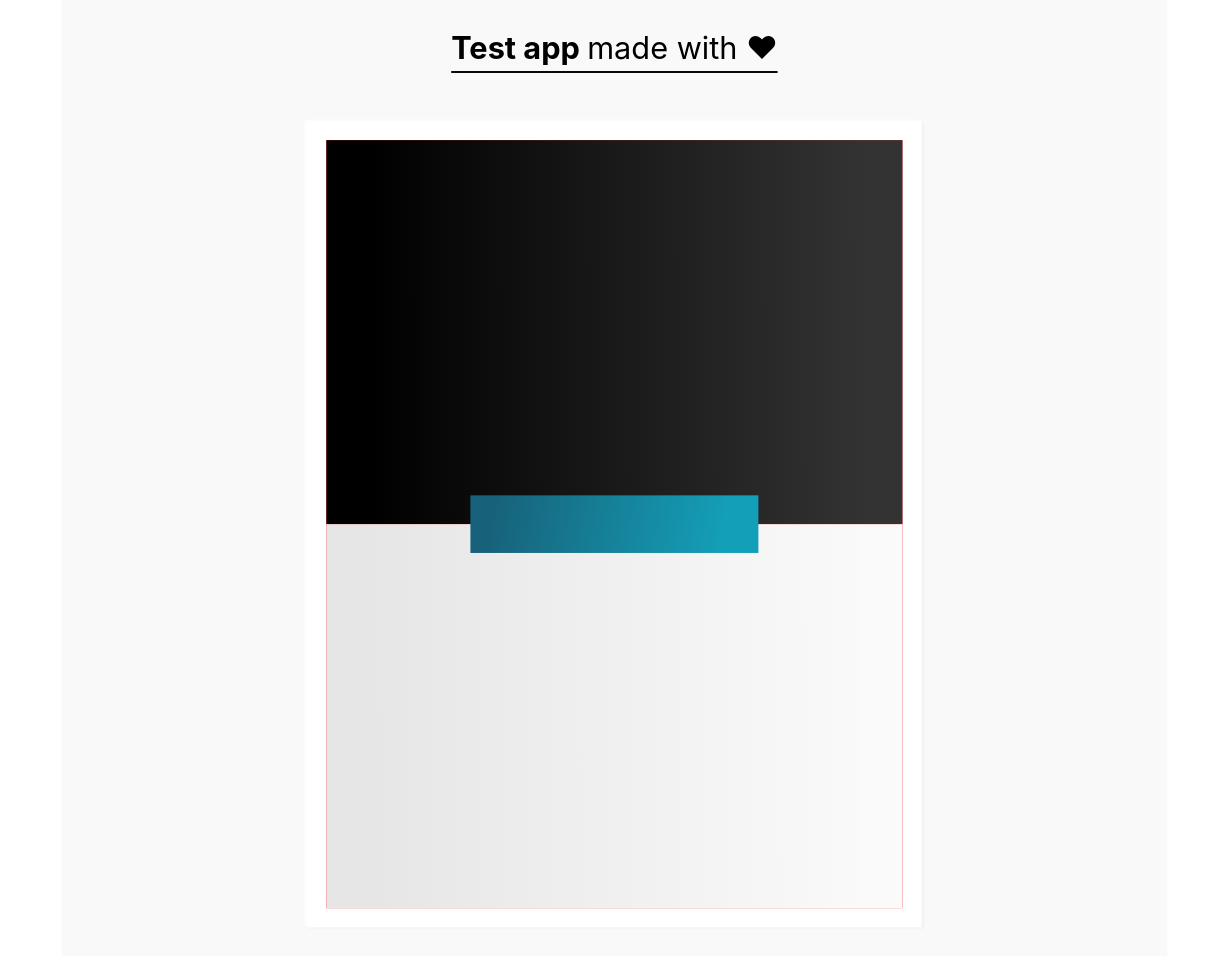
Repository: Khattak01/test-app
Page: /
An editor plug-in stored every save of this project. The page is shown before and after the next save, followed by the edit.
The browser window is 1280 px wide. The pictures show the whole page, at 96% of full size.
The project was rebuilt for these pictures with package versions that can differ from the ones it lists, and the page was loaded fresh each time.

Above is the page before, as saved 2021-05-12 08:07:26.

After the next save:
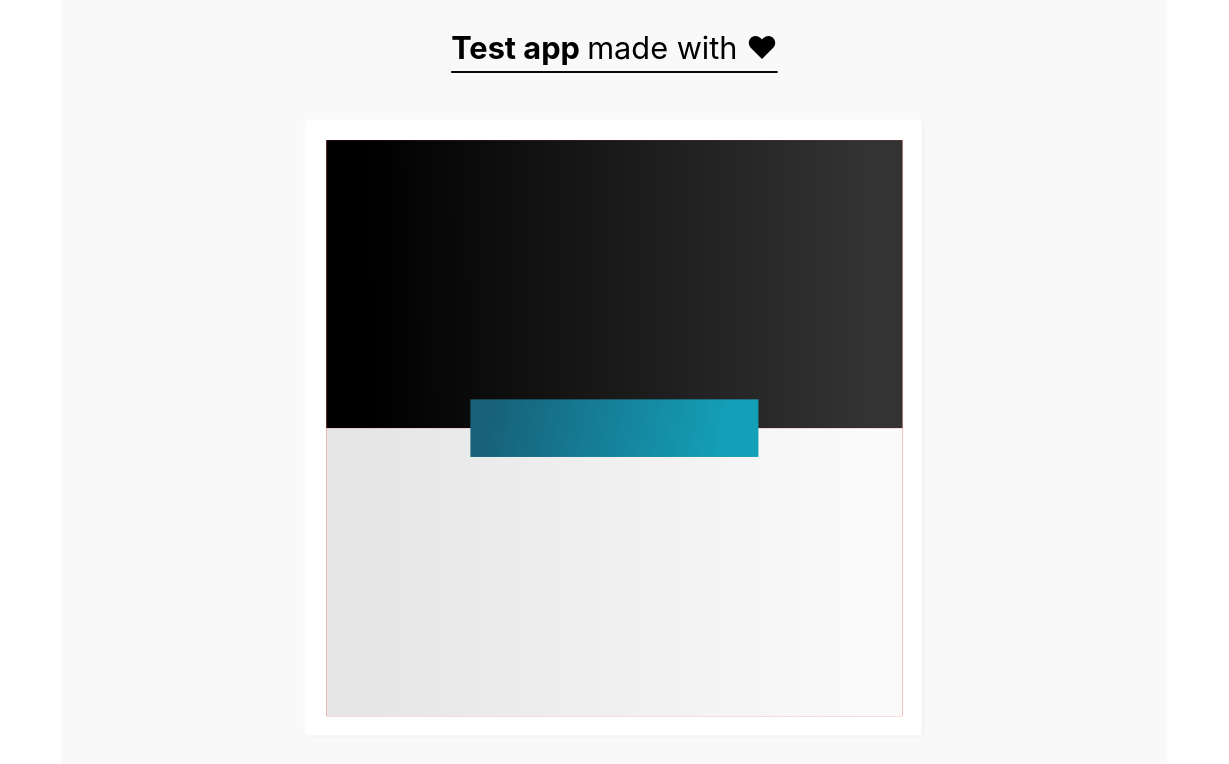
Saved 6 s later.
--- a/src/components/banner/Banner.module.css
+++ b/src/components/banner/Banner.module.css
@@ -9,7 +9,7 @@
 }
 
 .banner__top,.banner__bottom{
-  min-height: 400px;
+  min-height: 300px;
   width: 100%;
   background-color: red;
 }
